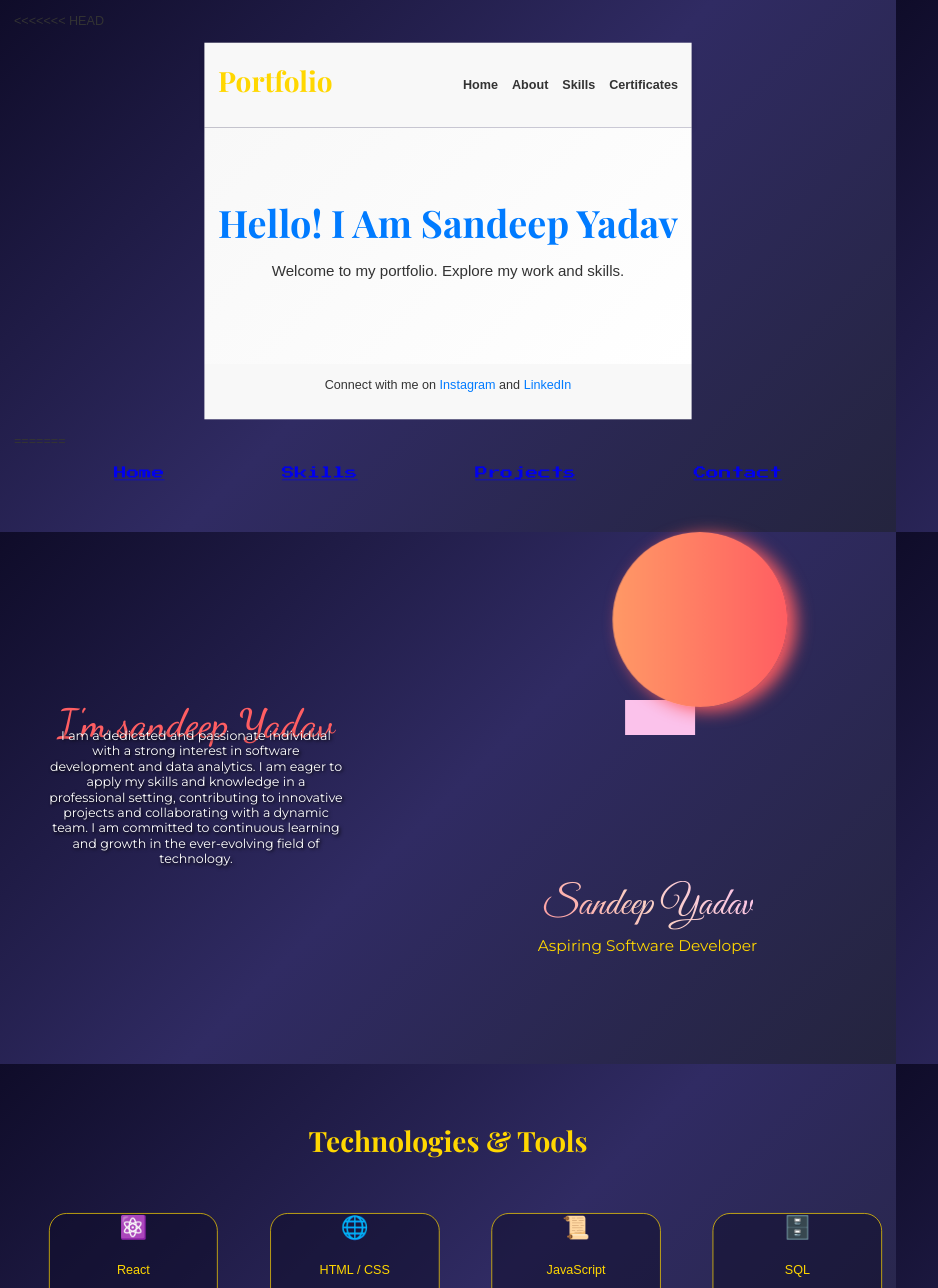
Repository: SandeepYadav18717/Sandeep_portfolio
Page: /
The author's editor kept a copy of each file at every save. The page is drawn from the files as they stood at one save, then again after the next save.
The browser window is 1280 px wide. The page is 1340 px wide, so the pictures cover 1340 px, including what lies to the right of the window. The pictures show the part of the page from y = 0 to 1840 px (the page is 8581 px tall), at 70% of full size.
The project was rebuilt for these pictures with package versions that can differ from the ones it lists, and the page was loaded fresh each time. Also part of the build but not shown: vite.config.js.

Above is the page before, as saved 2025-09-03 05:15:23.

After the next save:
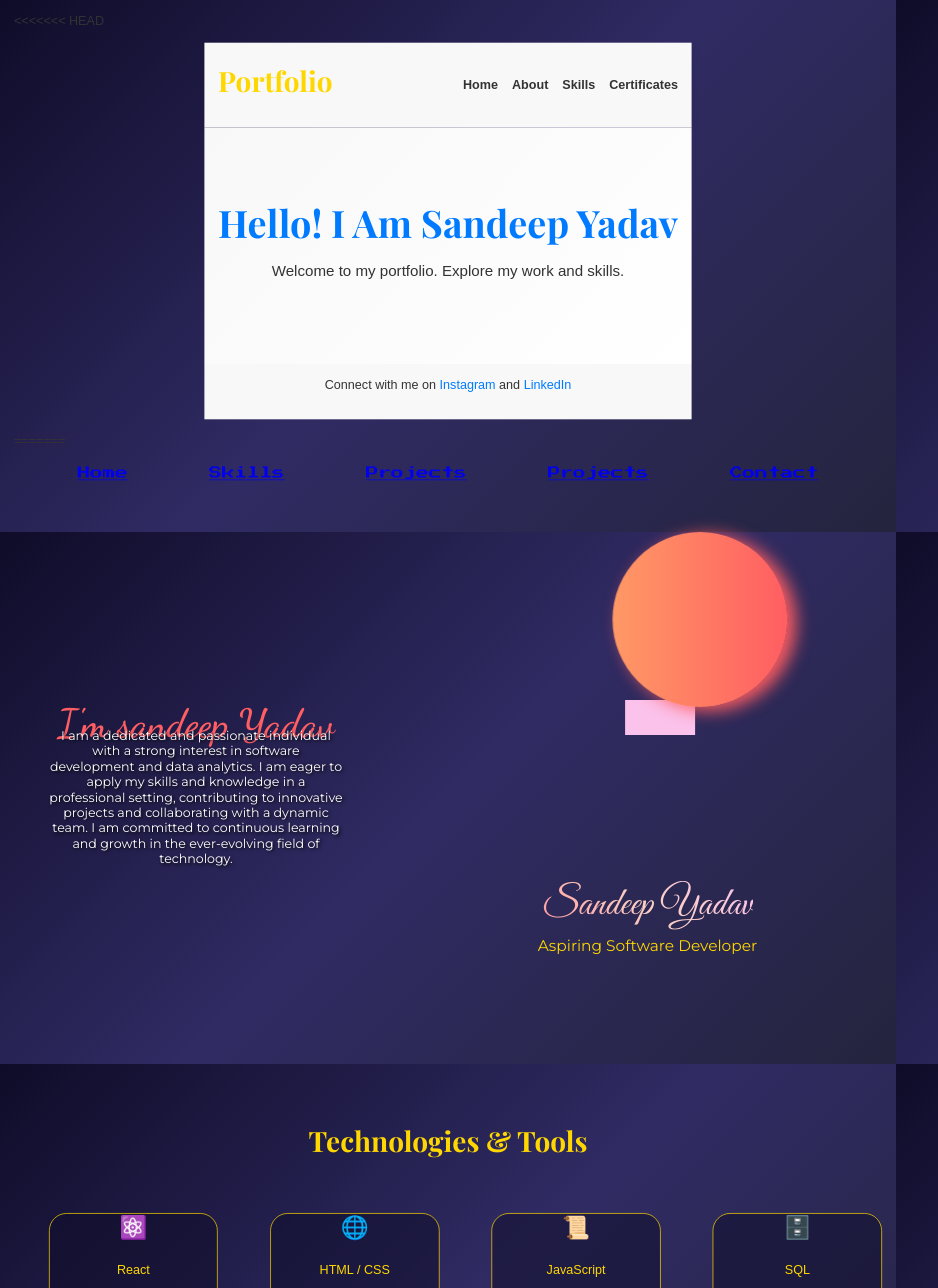
Saved 4 min 36 s later.
--- a/src/Navbar/Navbar.jsx
+++ b/src/Navbar/Navbar.jsx
@@ -24,6 +24,7 @@
        <a href="#home" className="nav-item">Home</a>
         <a href="#skills" className="nav-item">Skills</a>
         <a href="#projects" className="nav-item">Projects</a>
+        <a href="#projects" className="nav-item">Projects</a>
         <a href="#contact" className="nav-item">Contact</a>
         </div>
     )
